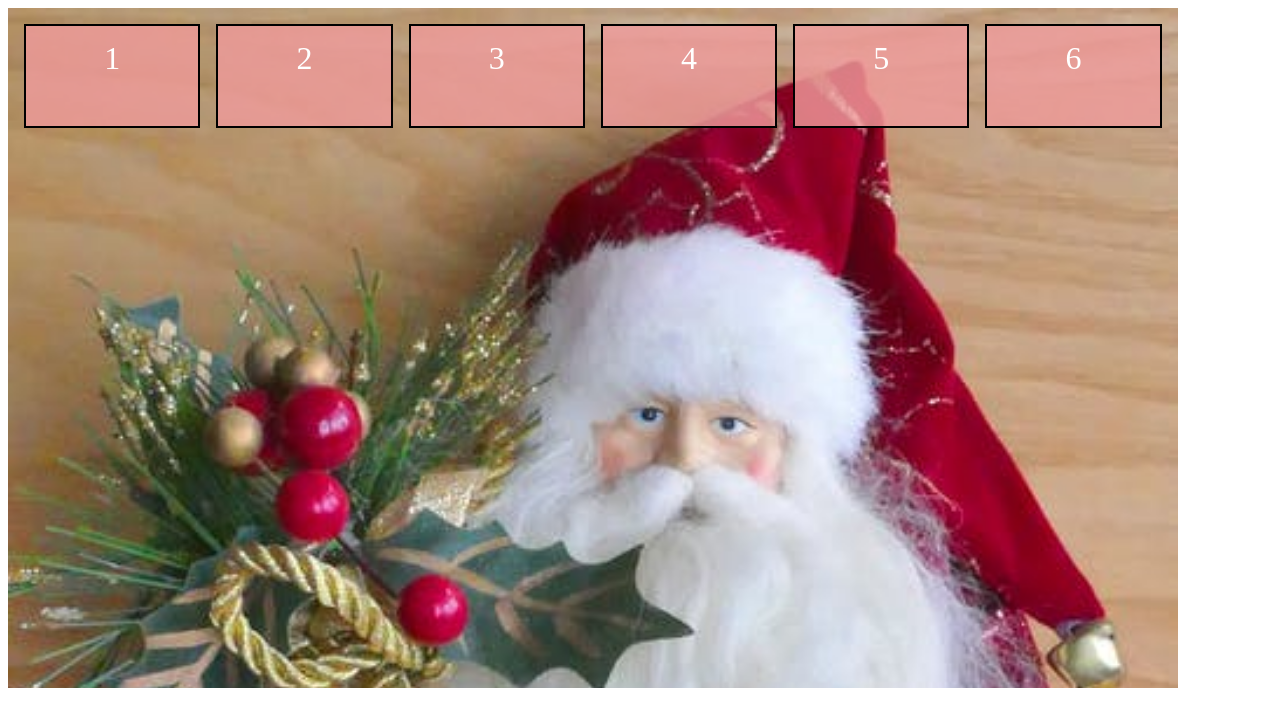
Repository: hindrik40/julprogram-js
Page: advent.html
The author's editor kept a copy of each file at every save. The page is drawn from the files as they stood at one save, then again after the next save.
The browser window is 1280 px wide. The pictures show the whole page.

Above is the page before, as saved 2021-12-14 10:48:49.

### advent.html
<!DOCTYPE html>
<html lang="en">
<head>
    <meta charset="UTF-8">
    <meta http-equiv="X-UA-Compatible" content="IE=edge">
    <meta name="viewport" content="width=device-width, initial-scale=1.0">
    <link rel="stylesheet" href="advent.css">
    <title>julkalender drag and drop</title>
</head>
<body>
    <main id="adventCalender">


    </main>
    <script src="advent.js"></script>
</body>
</html>

### advent.css
main#adventCalender{
    width: 90%;
    height: 90vh;
    background-image: url(images/jul6.jpeg);
    background-size: cover;
    display: grid;
     grid-template-columns: repeat(6, 1fr);
    column-gap: 1rem;
    padding:1rem;
    /* grid-template-rows: repeat(3, 1fr); */
}
main div{
   min-width: 50px;
   min-height: 100px;
   height: 4rem;
    border:solid 2px black;
    background-color: rgba(240, 155, 155, 0.8);
    font-size:2rem;
    text-align: center;
    vertical-align: middle;
    line-height: 4rem;
    cursor: pointer;
    /* background-image: url(images/jul.gif); */
    background-size: 100%;
    color:white;


}

### advent.js
//!variabler luckor
//!DOM element
const adventCalender = document.getElementById("adventCalender");
//!variabler for the days in a array luckor med bilder
let doors = ["jul1.jpeg", "jul2.jpeg", "jul3.jpeg", "jul4.jpeg", "jul5.jpeg", "jul6.jpeg"];
//!variabler for the days in a array luckor med bilder
//!Itererar igenom arrayen och skapa en räknare
let counter = 1;
doors.forEach((door) => {
    console.log(counter, door);
    //!skapa en div för varje bild
    let div = document.createElement("div");
    //!lägg till en siffra i elementet
    div.textContent = counter;
    //!Använd ett attribut för att kunna ändra bilden
    div.setAttribute("data-image","images/" + door);
    //!Lägg till kalendern
    adventCalender.appendChild(div);

    counter++;
});
    //!Hantera händelser
    adventCalender.onclick=function(event){
        console.log(event.target);
        //!vilken bild ska visas
        let image = event.target.getAttribute
        ("data-image");
        console.log("image", image);
    }

After the next save:
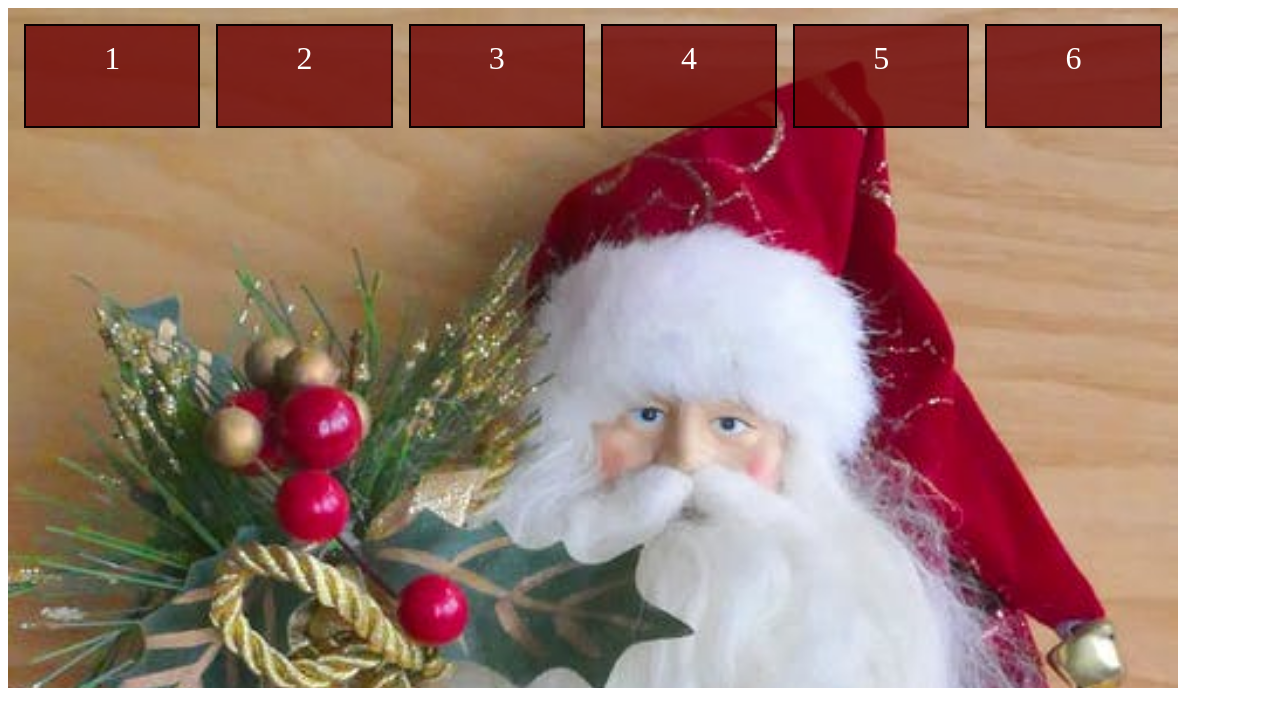
Saved 41 s later.
--- a/advent.css
+++ b/advent.css
@@ -13,8 +13,8 @@ main div{
    min-width: 50px;
    min-height: 100px;
    height: 4rem;
-    border:solid 2px black;
-    background-color: rgba(240, 155, 155, 0.8);
+    border:solid 2px rgb(12, 1, 1);
+    background-color: rgba(112, 6, 6, 0.8);
     font-size:2rem;
     text-align: center;
     vertical-align: middle;
